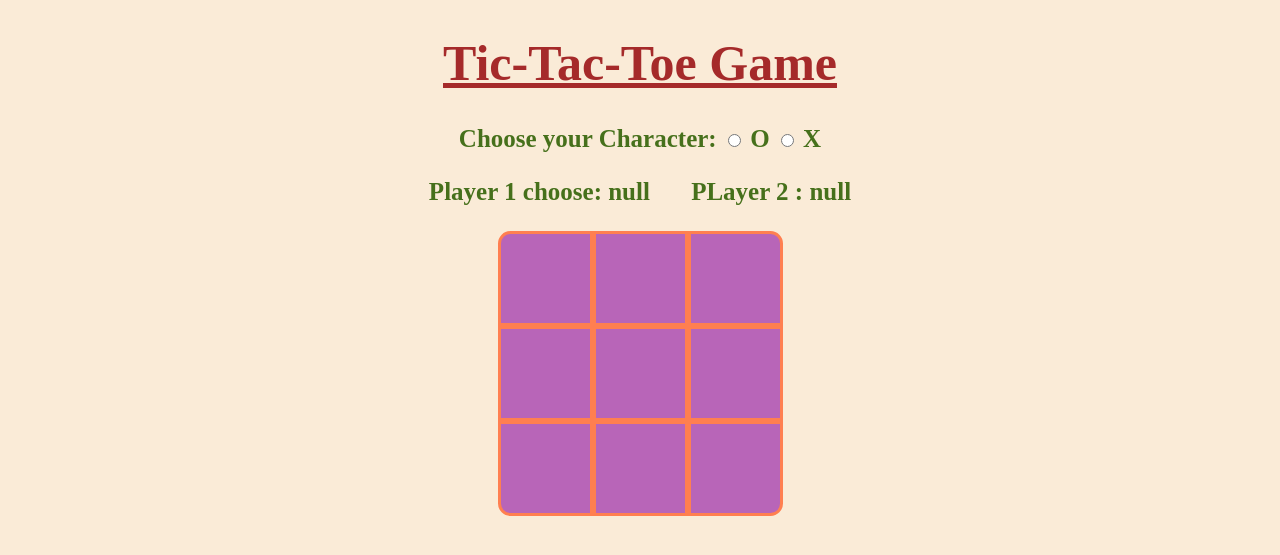
Repository: 0101chaitanya/Tic-Tac-Toe
Page: index.html
An editor plug-in stored every save of this project. The page is shown before and after the next save, followed by the edit.
The browser window is 1280 px wide. The pictures show the whole page.

Above is the page before, as saved 2021-06-12 12:39:27.

After the next save:
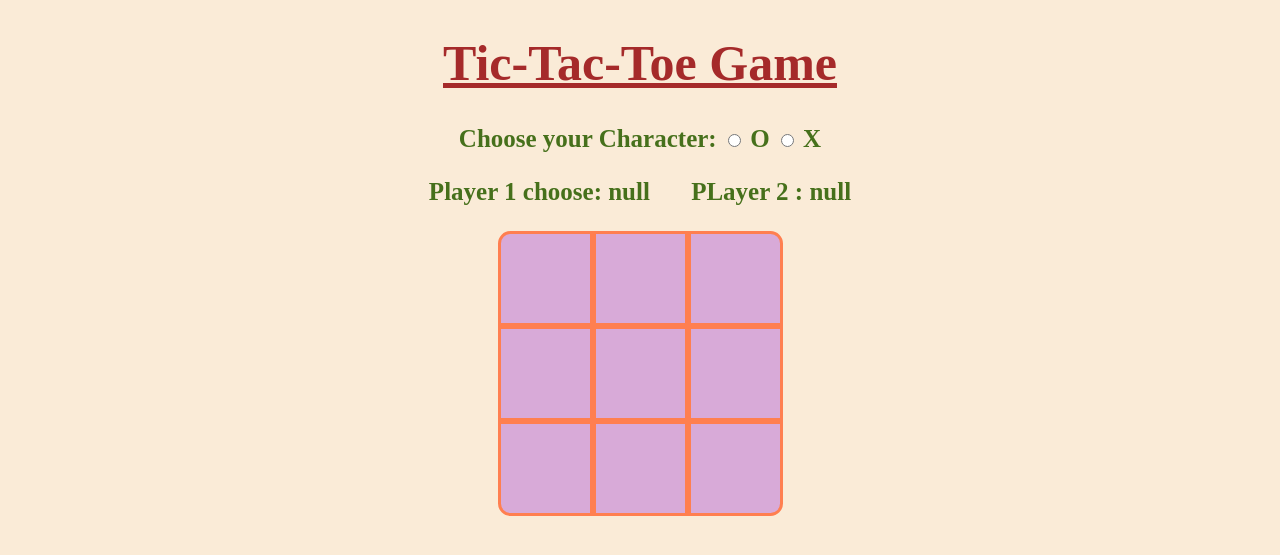
Saved 6 s later.
--- a/styles.css
+++ b/styles.css
@@ -78,7 +78,7 @@ label>input {
     align-items: center;
     font-size: 1.8rem;
     color: coral;
-    background-color: rgb(184, 101, 184)
+    background-color: rgb(216, 170, 216)
 }
 
 #gameSquare>section:nth-child(1)>div:nth-child(1) {
